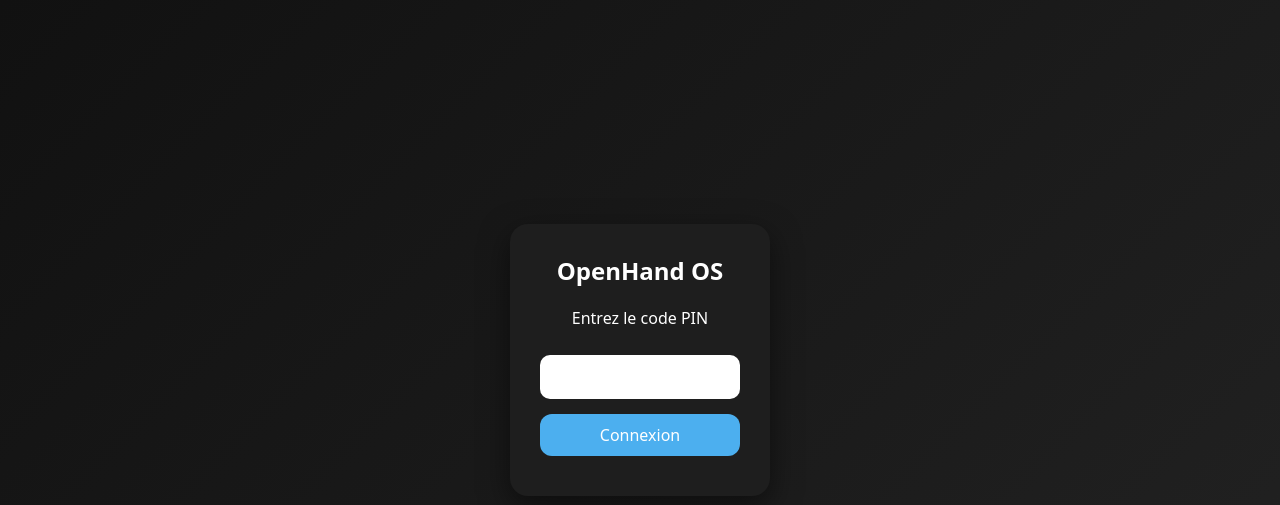
Repository: nlagardere/OpenHand
Page: index.html
The author's editor kept a copy of each file at every save. The page is drawn from the files as they stood at one save, then again after the next save.
The browser window is 1280 px wide. The pictures show the whole page.

Above is the page before, as saved 2026-01-31 14:04:23.

### index.html
<!DOCTYPE html>
<html lang="fr">
<head>
<meta charset="UTF-8">
<title>OpenHand OS</title>
<link rel="stylesheet" href="style.css">

<style>
/* -------- LOCK SCREEN -------- */

#lockscreen {
    position: fixed;
    inset: 0;
    background: linear-gradient(135deg, #111, #222);
    display: flex;
    align-items: center;
    justify-content: center;
    z-index: 9999;
}

.loginBox {
    background: #1e1e1e;
    padding: 30px;
    border-radius: 18px;
    text-align: center;
    box-shadow: 0 10px 30px rgba(0,0,0,.5);
    color: white;
    width: 260px;
}

.loginBox h2 {
    margin-top: 0;
}

.loginBox input {
    width: 100%;
    padding: 10px;
    font-size: 18px;
    text-align: center;
    border-radius: 10px;
    border: none;
    margin-top: 10px;
}

.loginBox button {
    margin-top: 15px;
    width: 100%;
    padding: 10px;
    border-radius: 12px;
    border: none;
    background: #4cafef;
    color: white;
    font-size: 16px;
    cursor: pointer;
}

#pinError {
    margin-top: 10px;
    color: #ff6b6b;
}

/* -------- SHUTDOWN BUTTON -------- */

#shutdownbtn {
    position: fixed;
    bottom: 20px;
    right: 20px;
    padding: 10px 18px;
    font-size: 16px;
    border-radius: 14px;
    border: none;
    cursor: pointer;
    background-color: #ff5b5b;
    color: white;
    box-shadow: 0 4px 12px rgba(0,0,0,.2);
    transition: transform 0.15s ease;
}

#shutdownbtn:active {
    transform: scale(0.95);
}
</style>

</head>

<body>

<!-- ===== LOCK SCREEN ===== -->

<div id="lockscreen">
  <div class="loginBox">
    <h2>OpenHand OS</h2>
    <p>Entrez le code PIN</p>
    <input type="password" id="pinInput" maxlength="6">
    <button onclick="checkPin()">Connexion</button>
    <div id="pinError"></div>
  </div>
</div>

<!-- ===== OS ===== -->

<div id="curseur"></div>

<div id="topbar">
  <div class="logo">OpenHand</div>
  <div id="clock"></div>
</div>

<div id="desktop"></div>

<div id="appWindow">
  <button id="backBtn" onclick="closeApp()">← Retour</button>
  <iframe id="appFrame"></iframe>
</div>

<audio id="music" src="musique.mp3"></audio>

<button id="shutdownbtn">Eteindre l'ordinateur</button>

<!-- ===== SCRIPTS ===== -->

<script>
/* ---------- PIN LOGIN ---------- */

const PIN_CODE = "1234"; // change ici

function checkPin() {
    const val = document.getElementById("pinInput").value;

    if (val === PIN_CODE) {
        document.getElementById("lockscreen").style.display = "none";

        // lance la musique après interaction (autorisé navigateur)
        const music = document.getElementById("music");
        music.play().catch(()=>{});

    } else {
        document.getElementById("pinError").textContent = "Code incorrect";
    }
}

/* ---------- SHUTDOWN BUTTON ---------- */

const shutdownBtn = document.getElementById('shutdownbtn');

shutdownBtn.addEventListener('click', () => {
    alert("Ordinateur éteint ! ✅");

    // ferme les apps ouvertes
    document.querySelectorAll('iframe').forEach(f => f.remove());

    // remet l'écran de login
    document.getElementById("lockscreen").style.display = "flex";

    // stop musique
    const music = document.getElementById("music");
    music.pause();
    music.currentTime = 0;
});
</script>

<script src="main.js"></script>

</body>
</html>

### style.css
#curseur {
  width: 40px;
  height: 40px;
  border: 20px solid red;
  border-radius: 50%;
  position: absolute;
  pointer-events: none; /* pour ne pas bloquer les clics */
  transform: translate(-50%, -50%);
  z-index: 1000;
}

* {
  box-sizing:border-box;
  font-family: system-ui, -apple-system, sans-serif;
}

body {
  margin:0;
  height:100vh;
  background:
    radial-gradient(circle at 20% 20%, #dfe7ff, transparent 40%),
    radial-gradient(circle at 80% 80%, #e9f7ff, transparent 40%),
    linear-gradient(180deg,#f7f9ff,#eef2ff);
    cursor: none;
    overflow: hidden;
}

/* Top bar */

#topbar {
  height:90px;
  padding:0 40px;
  display:flex;
  align-items:center;
  justify-content:space-between;

  background:rgba(255,255,255,.65);
  backdrop-filter: blur(14px);
  border-bottom:1px solid rgba(0,0,0,.05);
}

.logo {
  font-size:26px;
  font-weight:700;
  letter-spacing:.3px;
}

#clock {
  font-size:22px;
  font-weight:500;
}

/* Desktop grid */

#desktop {
  padding:40px;
  display:grid;
  grid-template-columns:repeat(auto-fit, minmax(180px, 220px));
  gap:32px;
  justify-content:center;

  animation: desktopIn .6s ease;
}

@keyframes desktopIn {
  from {opacity:0; transform:translateY(30px);}
  to {opacity:1; transform:none;}
}

/* App cards */

.card {
  background:rgba(255,255,255,.7);
  backdrop-filter: blur(12px);
  border-radius:28px;

  padding:32px 20px;
  text-align:center;
  cursor:pointer;

  box-shadow:
    0 10px 30px rgba(0,0,0,.08),
    inset 0 1px 0 rgba(255,255,255,.6);

  transition:
    transform .25s cubic-bezier(.2,.8,.2,1),
    box-shadow .25s,
    background .25s;
}

.card:hover {
  transform:translateY(-10px) scale(1.05);
  box-shadow:0 20px 50px rgba(0,0,0,.12);
  background:rgba(255,255,255,.9);
}

.icon {
  font-size:54px;
  margin-bottom:14px;
}

.name {
  font-size:20px;
  font-weight:600;
}

/* App window plein écran */

#appWindow {
  position:fixed;
  inset:0;
  background:white;
  display:none;
  flex-direction:column;
  z-index:999;

  animation: appOpen .4s cubic-bezier(.2,.9,.2,1);
}

@keyframes appOpen {
  from {
    opacity:0;
    transform:scale(.96);
    filter:blur(8px);
  }
  to {
    opacity:1;
    transform:scale(1);
    filter:blur(0);
  }
}

#backBtn {
  margin:20px;
  padding:16px 28px;
  font-size:20px;
  border:none;
  border-radius:16px;
  background:#5b7cff;
  color:white;
  cursor:pointer;
}

#backBtn:active {
  transform:scale(.96);
}

iframe {
  flex:1;
  border:none;
}

### main.js
const apps = [
  { name:"Horloge", icon:"🕒", url:"apps/clock/clock.html" },
  { name:"Notes", icon:"📝", url:"apps/notes/notes.html" },
  { name:"Photos", icon:"🖼️", url:"apps/photos/photos.html" },
  { name:"Internet", icon:"🌐", url:"apps/internet/internet.html" }
];

const desktop = document.getElementById("desktop");

apps.forEach(app => {
  const div = document.createElement("div");
  div.className = "card";

  div.innerHTML = `
    <div class="icon">${app.icon}</div>
    <div class="name">${app.name}</div>
  `;

  div.onclick = () => openApp(app.url);
  desktop.appendChild(div);
});

/* Horloge topbar */

function tick(){
  clock.textContent =
    new Date().toLocaleTimeString([], {hour:'2-digit',minute:'2-digit'});
}
setInterval(tick,1000);
tick();

/* App window */

function openApp(url){
  appFrame.src = url;
  appWindow.style.display = "flex";
}

function closeApp(){
  appWindow.style.display = "none";
}

const curseur = document.getElementById('curseur');
document.addEventListener('mousemove', e => {
  curseur.style.left = e.clientX + 'px';
  curseur.style.top = e.clientY + 'px';
});

After the next save:
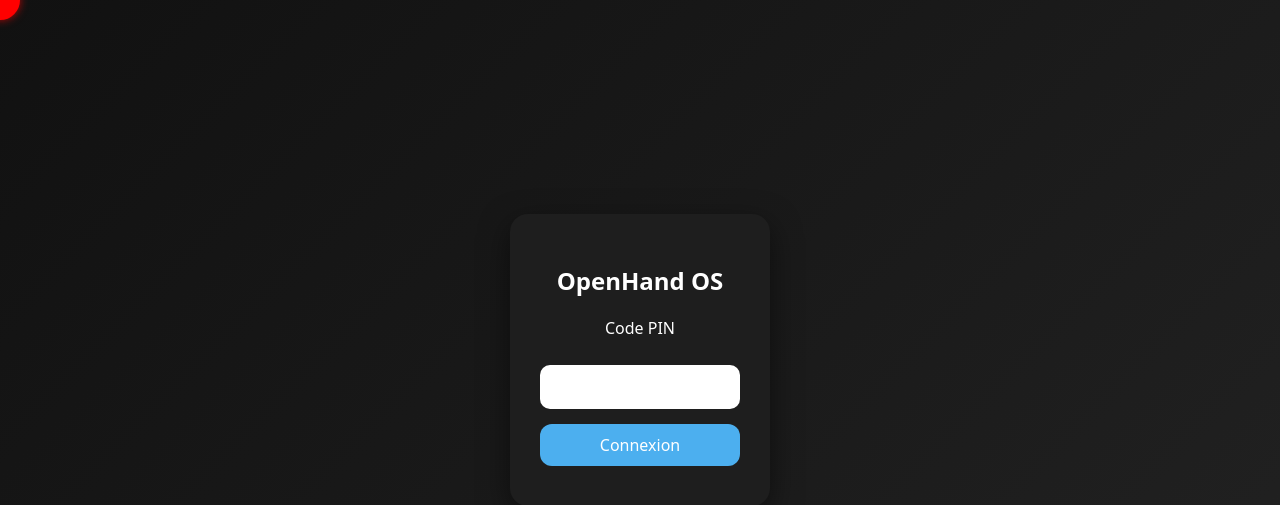
Saved 72 s later.
--- a/index.html
+++ b/index.html
@@ -6,13 +6,69 @@
 <link rel="stylesheet" href="style.css">
 
 <style>
-/* -------- LOCK SCREEN -------- */
+
+/* ===== CURSEUR ROUGE ===== */
+
+body {
+    cursor: none;
+}
+
+#curseur {
+    position: fixed;
+    width: 16px;
+    height: 16px;
+    background: red;
+    border-radius: 50%;
+    pointer-events: none;
+    z-index: 10000;
+    transform: translate(-50%, -50%);
+    box-shadow: 0 0 8px rgba(255,0,0,.7);
+}
+
+
+/* ===== LOADING SCREEN ===== */
+
+#loadingScreen {
+    position: fixed;
+    inset: 0;
+    background: black;
+    color: white;
+    display: flex;
+    flex-direction: column;
+    align-items: center;
+    justify-content: center;
+    z-index: 10001;
+    font-size: 22px;
+}
+
+.loader {
+    margin-top: 20px;
+    width: 180px;
+    height: 8px;
+    background: #222;
+    border-radius: 10px;
+    overflow: hidden;
+}
+
+.loaderBar {
+    height: 100%;
+    width: 0%;
+    background: #4cafef;
+    animation: loadbar 2.5s linear forwards;
+}
+
+@keyframes loadbar {
+    to { width: 100%; }
+}
+
+
+/* ===== LOCK SCREEN ===== */
 
 #lockscreen {
     position: fixed;
     inset: 0;
     background: linear-gradient(135deg, #111, #222);
-    display: flex;
+    display: none;
     align-items: center;
     justify-content: center;
     z-index: 9999;
@@ -26,10 +82,6 @@
     box-shadow: 0 10px 30px rgba(0,0,0,.5);
     color: white;
     width: 260px;
-}
-
-.loginBox h2 {
-    margin-top: 0;
 }
 
 .loginBox input {
@@ -59,7 +111,8 @@
     color: #ff6b6b;
 }
 
-/* -------- SHUTDOWN BUTTON -------- */
+
+/* ===== SHUTDOWN BUTTON ===== */
 
 #shutdownbtn {
     position: fixed;
@@ -73,24 +126,28 @@
     background-color: #ff5b5b;
     color: white;
     box-shadow: 0 4px 12px rgba(0,0,0,.2);
-    transition: transform 0.15s ease;
-}
-
-#shutdownbtn:active {
-    transform: scale(0.95);
-}
+}
+
 </style>
-
 </head>
 
 <body>
+
+<!-- ===== LOADING ===== -->
+
+<div id="loadingScreen">
+    Démarrage OpenHand OS…
+    <div class="loader">
+        <div class="loaderBar"></div>
+    </div>
+</div>
 
 <!-- ===== LOCK SCREEN ===== -->
 
 <div id="lockscreen">
   <div class="loginBox">
     <h2>OpenHand OS</h2>
-    <p>Entrez le code PIN</p>
+    <p>Code PIN</p>
     <input type="password" id="pinInput" maxlength="6">
     <button onclick="checkPin()">Connexion</button>
     <div id="pinError"></div>
@@ -109,7 +166,7 @@
 <div id="desktop"></div>
 
 <div id="appWindow">
-  <button id="backBtn" onclick="closeApp()">← Retour</button>
+  <button onclick="closeApp()">← Retour</button>
   <iframe id="appFrame"></iframe>
 </div>
 
@@ -120,9 +177,27 @@
 <!-- ===== SCRIPTS ===== -->
 
 <script>
-/* ---------- PIN LOGIN ---------- */
-
-const PIN_CODE = "1234"; // change ici
+
+/* ===== CURSEUR ROUGE TRACKING ===== */
+
+document.addEventListener("mousemove", e => {
+    const c = document.getElementById("curseur");
+    c.style.left = e.clientX + "px";
+    c.style.top = e.clientY + "px";
+});
+
+
+/* ===== FAKE BOOT LOADING ===== */
+
+setTimeout(() => {
+    document.getElementById("loadingScreen").style.display = "none";
+    document.getElementById("lockscreen").style.display = "flex";
+}, 2600);
+
+
+/* ===== PIN LOGIN ===== */
+
+const PIN_CODE = "1234";
 
 function checkPin() {
     const val = document.getElementById("pinInput").value;
@@ -130,7 +205,6 @@ function checkPin() {
     if (val === PIN_CODE) {
         document.getElementById("lockscreen").style.display = "none";
 
-        // lance la musique après interaction (autorisé navigateur)
         const music = document.getElementById("music");
         music.play().catch(()=>{});
 
@@ -139,24 +213,20 @@ function checkPin() {
     }
 }
 
-/* ---------- SHUTDOWN BUTTON ---------- */
-
-const shutdownBtn = document.getElementById('shutdownbtn');
-
-shutdownBtn.addEventListener('click', () => {
-    alert("Ordinateur éteint ! ✅");
-
-    // ferme les apps ouvertes
-    document.querySelectorAll('iframe').forEach(f => f.remove());
-
-    // remet l'écran de login
+
+/* ===== SHUTDOWN ===== */
+
+document.getElementById("shutdownbtn").addEventListener("click", () => {
+
+    alert("Ordinateur éteint ✅");
+
     document.getElementById("lockscreen").style.display = "flex";
 
-    // stop musique
     const music = document.getElementById("music");
     music.pause();
     music.currentTime = 0;
 });
+
 </script>
 
 <script src="main.js"></script>
